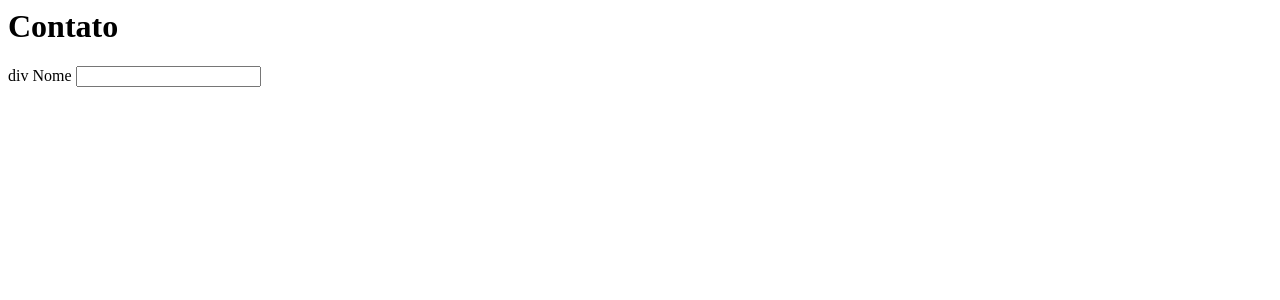
Repository: BrunoCesarAngst/poo
Page: aula04/assets/views/form.html
An editor plug-in stored every save of this project. The page is shown before and after the next save, followed by the edit.
The browser window is 1280 px wide. The pictures show the whole page.

Above is the page before, as saved 2020-08-21 19:56:05.

After the next save:
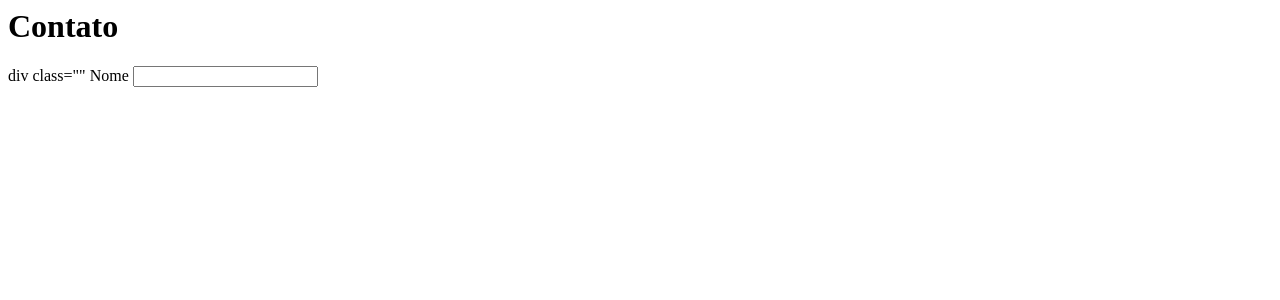
Saved 7 s later.
--- a/aula04/assets/views/form.html
+++ b/aula04/assets/views/form.html
@@ -1,7 +1,7 @@
 <h1>Contato</h1>
 
 <form action="" method="post">
-  div
+  div class=""
   <label for="">Nome</label>
   <input id="name" type="text" class="form-control">
 </form>
